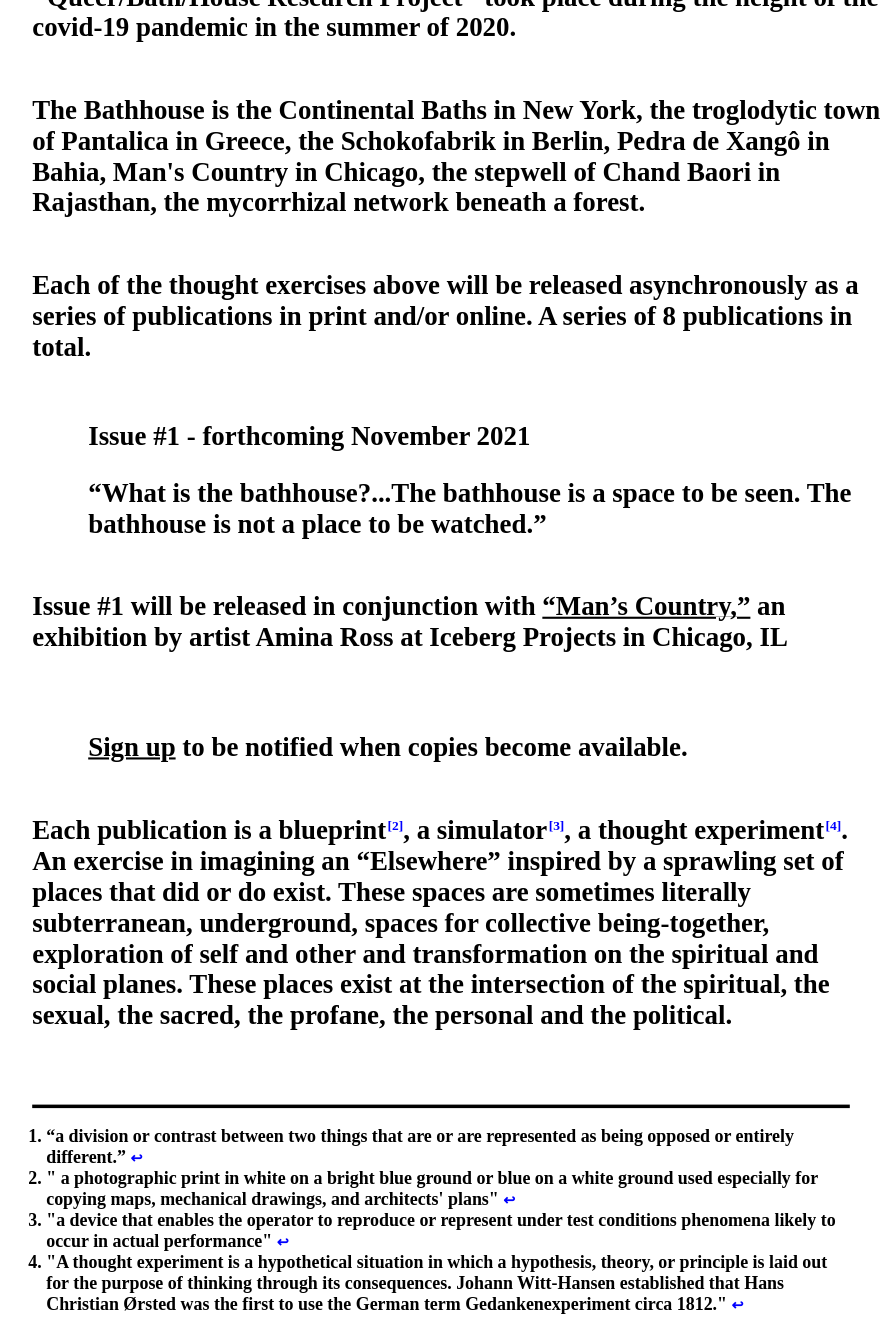
Repository: ayoungblood2/bathhouse.online
Page: index.html
These files come from the project's save history. The page is drawn as it stood at one moment and after the next save; the edit follows.
The browser window is 1280 px wide. The pictures show the part of the page from y = 2450 to 4370 px (the page is 4370 px tall), at 70% of full size.
An inner scrolling area shows only its first screen. Backgrounds fixed to the window are drawn as part of the page. Some web fonts or font styles are not loaded; a fallback is used.

Above is the page before, as saved 2021-10-16 18:45:34.
Not found: js/layout_main.js
Not found: js/three_main.js
Not found: style.css

### index.html
<!DOCTYPE html>
<html>

<head>
    <meta charset="UTF-8">
    <meta name="viewport" content="width=device-width, initial-scale=1.0, maximum-scale=1.0, user-scalable=no" />
    <title>bathhouse.online</title>
    <link rel="apple-touch-icon" sizes="180x180" href="/apple-touch-icon.png">
    <link rel="icon" type="image/png" sizes="32x32" href="/favicon-32x32.png">
    <link rel="icon" type="image/png" sizes="16x16" href="/favicon-16x16.png">
    <link rel="manifest" href="/site.webmanifest">
    <link rel="stylesheet" href="style.css">
    <script src="http://code.jquery.com/jquery-1.12.0.min.js"></script>
    <link rel='dns-prefetch' href='//ajax.googleapis.com' />
    <meta name="keywords" content="Amina Ross, Avery Youngblood">
    <meta name="author" content="Avery Youngblood">
    <script type="text/javascript" src="./js/layout_main.js"></script>
    <script type="text/javascript" src="./js/three_main.js"></script>

    <style>
        @font-face {
            font-family: Avenir Next Heavy;
            src: url(fonts/AvenirNext.ttc);
        }

        body,
        html {
            height: 100%;
            width: 100%;
            margin: 0;
            padding: 0;
            overflow-x: hidden;
        }

        *,
        *:before,
        *:after {
            box-sizing: inherit;
        }

        .bg {

            background-image: url('images/20211010224425098.gif');


            /* Full height */
            height: 100%;

            /* Center and scale the image nicely */
            background-position: center;
            background-repeat: no-repeat;
            background-size: cover;
            position: relative;
            top: 0;
            left: 0;

            /* padding: 100px; */

            font-family: "Avenir Next Heavy";

        }




        .txt {
            position: absolute;
            top: 10px;
            left: 30px;
            font-family: "Avenir Next Heavy";
        }

        h1 {
            font-size: 10vw;
            text-align: center;
        }

        p {
            font-size: 3vw;
        }

        .parallax {
            /* The image used */
            background-image: url('images/20211010224425098.gif');

            /* Full height */
            height: 100%;

            /* Create the parallax scrolling effect */
            background-attachment: fixed;
            background-position: center;
            background-repeat: no-repeat;
            background-size: cover;
        }

        .container {
            padding: 10px;
            width: 2em;
        }

        .item {
            width: 50%;
            width: fit-content;
            padding: 5px;
            /* margin-bottom: 1em; */
        }


        @media only screen and (max-width:900px) {
            h1 {
                font-size: 8vw;
                font-family: "Avenir Next Heavy";

            }

            .bg {
                /* padding: 0px; */

            }

            .txt{
                top: 0;
                left: 0;
            }

            p {
                font-size: 8vw;
                font-family: "Avenir Next Heavy";

            }
        }

        .top {
            /* padding: 1em; */
            /* display: grid; */
            /* grid-gap: 3em; */
            grid-template-columns: repeat(1, 250px);
        }

        .quote {
            padding: 1em;
            /* border-radius: .3em; */
            /* box-shadow: 10px 10px 30px rgba(0, 0, 0, 0.1); */
        }

        p {
            margin-top: 0;
            /* margin-right: 20px; */
            font-size: 3vw;
        }

        span {
            font-weight: bold;
            position: relative;
            /* margin-left: 20px; */
        }

        :before {
            content: '';
            position: fixed;
            height: 1px;
            width: 20px;
            /* border-bottom: 1px solid black; */
            top: 20px;
        }




        @media(min-width:950px) {
            .top {
                grid-template-columns: repeat(2, 250fr);
                font-family: "Avenir Next Heavy";
            }
        }

        .tab {
            margin-left: 80px;
        }



        footer {
            margin-top: 50px;
            border-top: 5px solid black;
            font-size: 2vw;
            font-family: "Avenir Next Heavy";
            margin-right: 50px;
        }

        footer ol {
            padding-left: 20px;
        }

        /**
 * Initialiazing a `footnotes` counter on the wrapper
 */
        article {
            counter-reset: footnotes;
            font-family: "Avenir Next Heavy";
        }

        /**
 * Inline footnotes references
 * 1. Increment the counter at each new reference
 * 2. Reset link styles to make it appear like regular text
 */
        [aria-describedby="footnote-label"] {
            counter-increment: footnotes;
            /* 1 */
            text-decoration: none;
            /* 2 */
            color: inherit;
            /* 2 */
            cursor: default;
            /* 2 */
            outline: none;
            /* 2 */
        }

        /**
 * Actual numbered references
 * 1. Display the current state of the counter (e.g. `[1]`)
 * 2. Align text as superscript
 * 3. Make the number smaller (since it's superscript)
 * 4. Slightly offset the number from the text
 * 5. Reset link styles on the number to show it's usable
 */
        [aria-describedby="footnote-label"]::after {
            content: '['counter(footnotes)']';
            /* 1 */
            vertical-align: super;
            /* 2 */
            font-size: 0.5em;
            /* 3 */
            margin-left: 2px;
            /* 4 */
            color: blue;
            /* 5 */
            /* text-decoration: underline; */
            /* 5 */
            cursor: pointer;
            /* 5 */
        }

        /**
 * Resetting the default focused styles on the number
 */
        [aria-describedby="footnote-label"]:focus::after {
            outline: thin dotted;
            outline-offset: 2px;
        }

        [aria-label="Back to content"] {
            font-size: 0.8em;
        }

        /**
 * Highlight target note
 */
        footer :target {
            background: yellow;
            padding: 1.5%;
            background-clip: border-box;
        }

        /**
 * Visually hidden yet accessible content
 */
        .visually-hidden {
            position: absolute;
            clip: rect(0 0 0 0);
            visibility: hidden;
            opacity: 0;
        }
    </style>

<body>


    <div class="parallax"></div>

    <div class="bg"></div>

    <div class="txt">

        <h1>bathhouse.online</h1>

        <span style="font-family: Avenir Next Heavy">

            <div class="top">
                <div class="quote">
                    <article>
                        <p style="font-size: 5vw;">

                            The bathhouse is safe. <br>The bathhouse is not secure.<br><br>
                            The bathhouse is a space to be seen. <br>The bathhouse is not a place to be watched.<br><br>
                            The bathhouse is sensual. <br>The bathhouse is not unspiritual.<br><br>
                            The bathhouse is a space for meaningful work. <br>The bathhouse is not a workplace.<br><br>
                            The bathhouse is a technology. <br>The bathhouse is not a machine.<br><br>
                            The bathhouse is immersive. <br>The bathhouse is not without a body.<br><br>
                            The bathhouse is sweating. <br>The bathhouse is not drained.<br><br>
                            The bathhouse is gone. <br>The bathhouse is not over.<br>
                        </p>

                        <br>

                        <p>
                            “The Bathhouse” is a yet-to-exist space, generated through a set of (false) <a
                                href="#footnotes" aria-describedby="footnote-label" id="footnotes-ref">dichotomies</a>
        </span>,
        core questions, reflections and exercises. The characteristics of The Bathhouse are drawn from
        the
        "Queer/Bath/House Research Project" - A research project conceived of by <a style="color: black; "
            href=aminaross.com>Amina
            Ross</a>, carried forward with artist and summer research assistant <a style="color: black; "
            href=https://nguyenbao.myportfolio.com>
            Bao Nguyen</a>. "Queer/Bath/House Research Project" took place during the
        height of the covid-19 pandemic in the summer of 2020.

        </p>
        <br> <br>
        <p>
            The Bathhouse is the Continental Baths in New York, the troglodytic town of Pantalica in Greece,
            the
            Schokofabrik in Berlin, Pedra de Xangô in Bahia, Man's Country in Chicago, the stepwell of Chand
            Baori in Rajasthan, the mycorrhizal network beneath a forest.


        </p>
        <br> <br>
        <p>
            Each of the thought exercises above will be released asynchronously as a series of publications
            in
            print and/or online. A series of 8 publications in total.<br><br>
        <p class="tab">Issue #1 - forthcoming November 2021</p>
        <p class="tab">“What is the bathhouse?...The bathhouse is a space to be seen. The bathhouse is not a
            place to be
            watched.”</p>
        </p>
        <br> <br>
        <p>
            Issue #1 will be released in conjunction with <a style="color: black;"
                href=https://icebergchicago.com>“Man’s
                Country,”</a> an exhibition by artist Amina Ross at Iceberg Projects in Chicago, IL
        </p>
        <br> <br>
        <p>

        <p class="tab"><a style="color: black;" href=https://forms.gle/NMAofWzGxNe4W74i9>Sign up</a> to be notified when
            copies become
            available.</p>

        </p>
        <br> <br>
        <p>
            Each publication is a <a href="#css" aria-describedby="footnote-label" id="css-ref">blueprint</a></span>, a
            <a href="#css-counters" aria-describedby="footnote-label" id="css-counters-ref">simulator</a></span>, a
            thought <a href="#css-counters-2" aria-describedby="footnote-label"
                id="css-counters-ref-2">experiment</a></span>. An exercise in imagining an
            “Elsewhere” inspired by a sprawling set of places that did or do exist. These spaces are
            sometimes
            literally subterranean, underground, spaces for collective being-together, exploration of self
            and
            other and transformation on the spiritual and social planes. These places exist at the
            intersection
            of the spiritual, the sexual, the sacred, the profane, the personal and the political.

        </p>
        <br>

        </article>

        <footer>

            <ol>
                <li id="footnotes"><a style="text-decoration: none; color: black;"
                        href=https://www.lexico.com/en/definition/dichotomy>“a division or contrast between two
                        things that
                        are or are represented as
                        being opposed or entirely different.”</a>

                    <a href="#footnotes-ref" aria-label="Back to content"
                        style="color: blue; text-decoration: none;">↩</a>

                </li>

                <li id="css"><a style="text-decoration: none; color: black;"
                        href=https://www.merriam-webster.com/dictionary/blueprint#:~:text=Blueprint%20%7C%20Definition%20of%20Blueprint%20by%20Merriam%2DWebster>"
                        a photographic print in white on a bright blue ground or blue on a white ground
                        used especially for copying maps, mechanical drawings, and architects' plans"</a>

                    <a href="#css-ref" aria-label="Back to content" style="color: blue; text-decoration: none;">↩</a>

                </li>

                <li id="css-counters"><a style="text-decoration: none; color: black;"
                        href=https://www.merriam-webster.com/dictionary/simulator>"a device that enables the
                        operator to reproduce or represent under test
                        conditions phenomena likely to occur in actual performance"</a>

                    <a href="#css-counters-ref" aria-label="Back to content"
                        style="color: blue; text-decoration: none;">↩</a>

                </li>

                <li id="css-counters-2"><a style="text-decoration: none; color: black;"
                        href=https://en.wikipedia.org/wiki/Thought_experiment>"A thought experiment is a
                        hypothetical situation in which a hypothesis, theory, or principle is laid out for the
                        purpose of thinking through its consequences. Johann Witt-Hansen established that Hans
                        Christian Ørsted was the first to use the German term Gedankenexperiment circa
                        1812."</a>

                    <a href="#css-counters-ref-2" aria-label="Back to content"
                        style="color: blue; text-decoration: none;">↩</a>

                </li>

            </ol>
        </footer>

    </div>

    </div>

    </span>

    </div>

    <div class="parallax"></div>


</body>

<script>
    $(function () {
        var previousScroll = 0;
        $(window).scroll(function (event) {
            var scroll = $(this).scrollTop();
            var heading = $('.parallax');

            if (scroll > 600) {
                console.log('scrolling down');
                heading.fadeIn("slow", function () {
                    heading.css('opacity', '0.4');
                });
            } else {
                heading.fadeIn("slow", function () {
                    heading.css('opacity', '1');
                });
            }
            previousScroll = scroll;
        });
    })
</script>
</head>

</html>

After the next save:
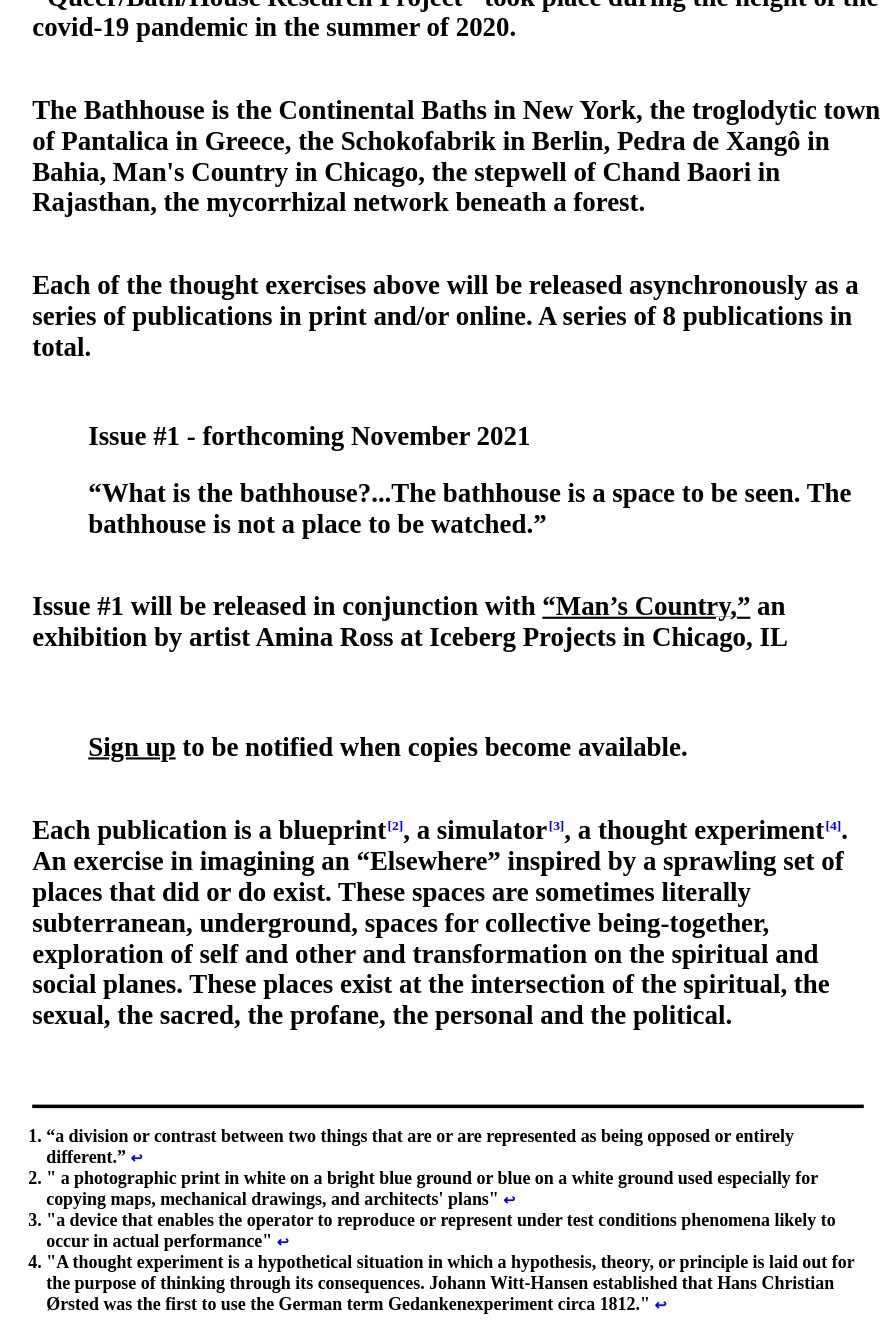
Saved 12 s later.
--- a/index.html
+++ b/index.html
@@ -185,7 +185,7 @@
             border-top: 5px solid black;
             font-size: 2vw;
             font-family: "Avenir Next Heavy";
-            margin-right: 50px;
+            margin-right: 30px;
         }
 
         footer ol {
